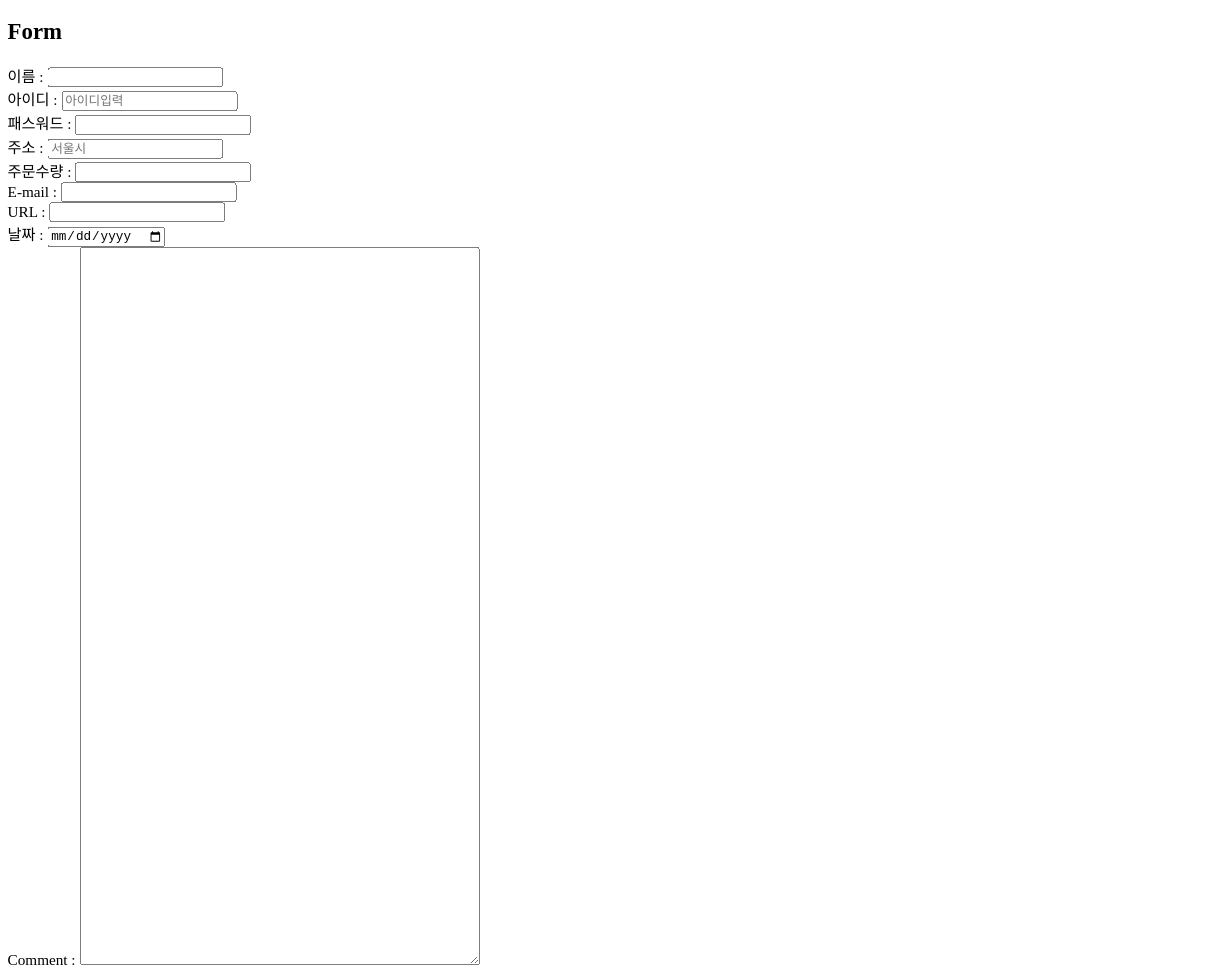
Repository: star-min/jsp_basic
Page: jsp1/web01/src/main/webapp/form.html
The author's editor kept a copy of each file at every save. The page is drawn from the files as they stood at one save, then again after the next save.
The browser window is 1280 px wide. The pictures show the whole page, at 95% of full size.

Above is the page before, as saved 2022-04-22 05:17:22.

After the next save:
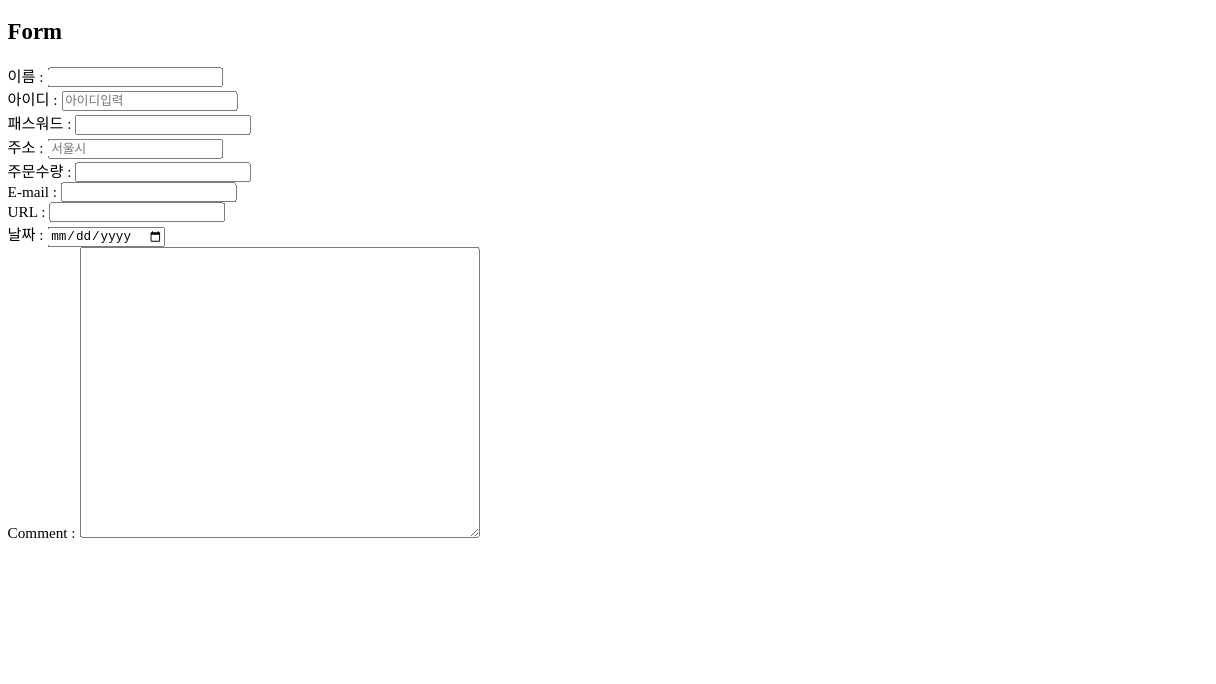
Saved 9 s later.
--- a/jsp1/web01/src/main/webapp/form.html
+++ b/jsp1/web01/src/main/webapp/form.html
@@ -72,7 +72,7 @@
 			<tr>
 				<th>Comment : </th>
 				<td>
-					<textarea rows="50" cols="50"></textarea>
+					<textarea rows="20" cols="50"></textarea>
 					</br>
 				</td>
 			</tr>
